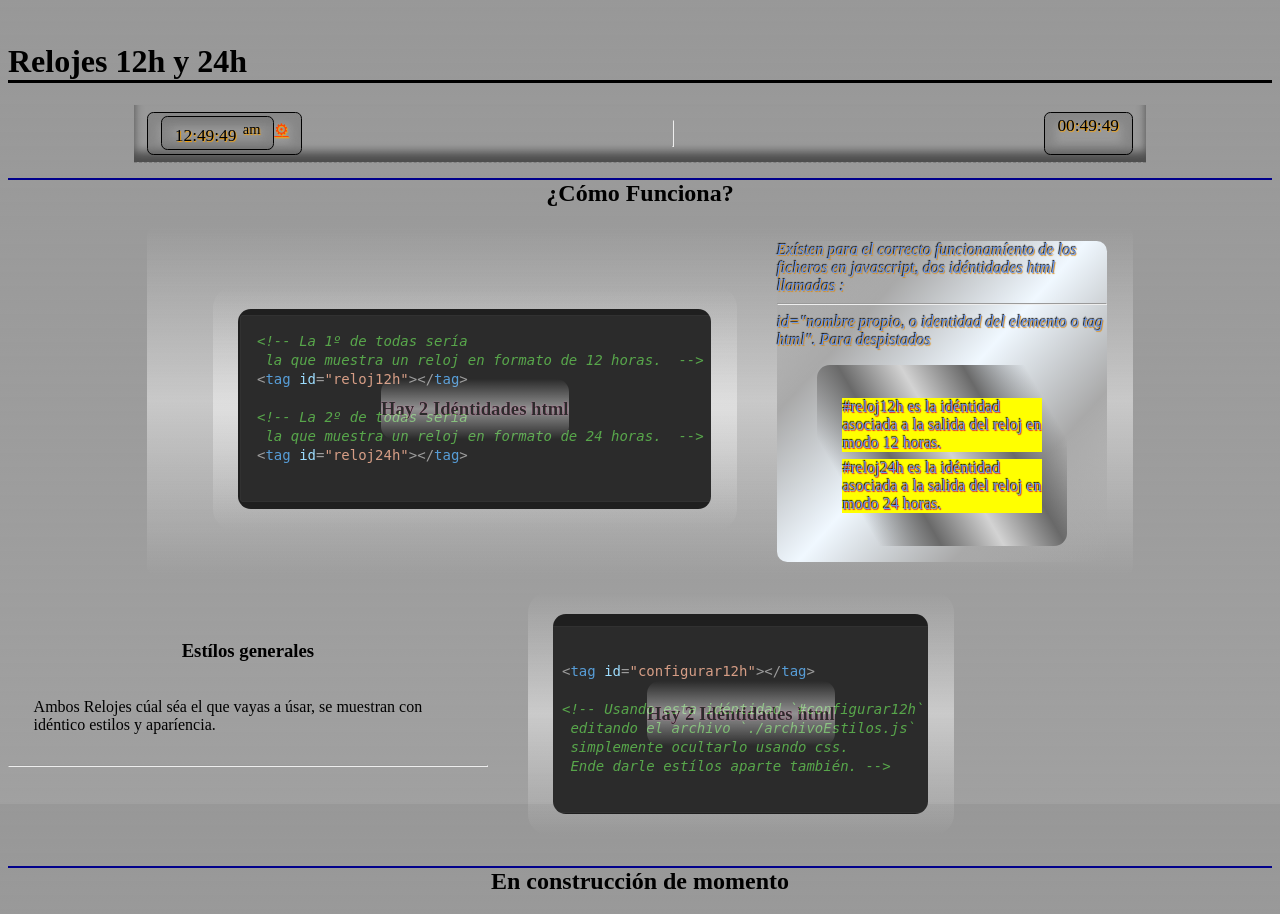
Repository: marcostonfor/clocks
Page: index.html
An editor plug-in stored every save of this project. The page is shown before and after the next save, followed by the edit.
The browser window is 1280 px wide. The pictures show the whole page.

Above is the page before, as saved 2024-09-19 01:04:17.

After the next save:
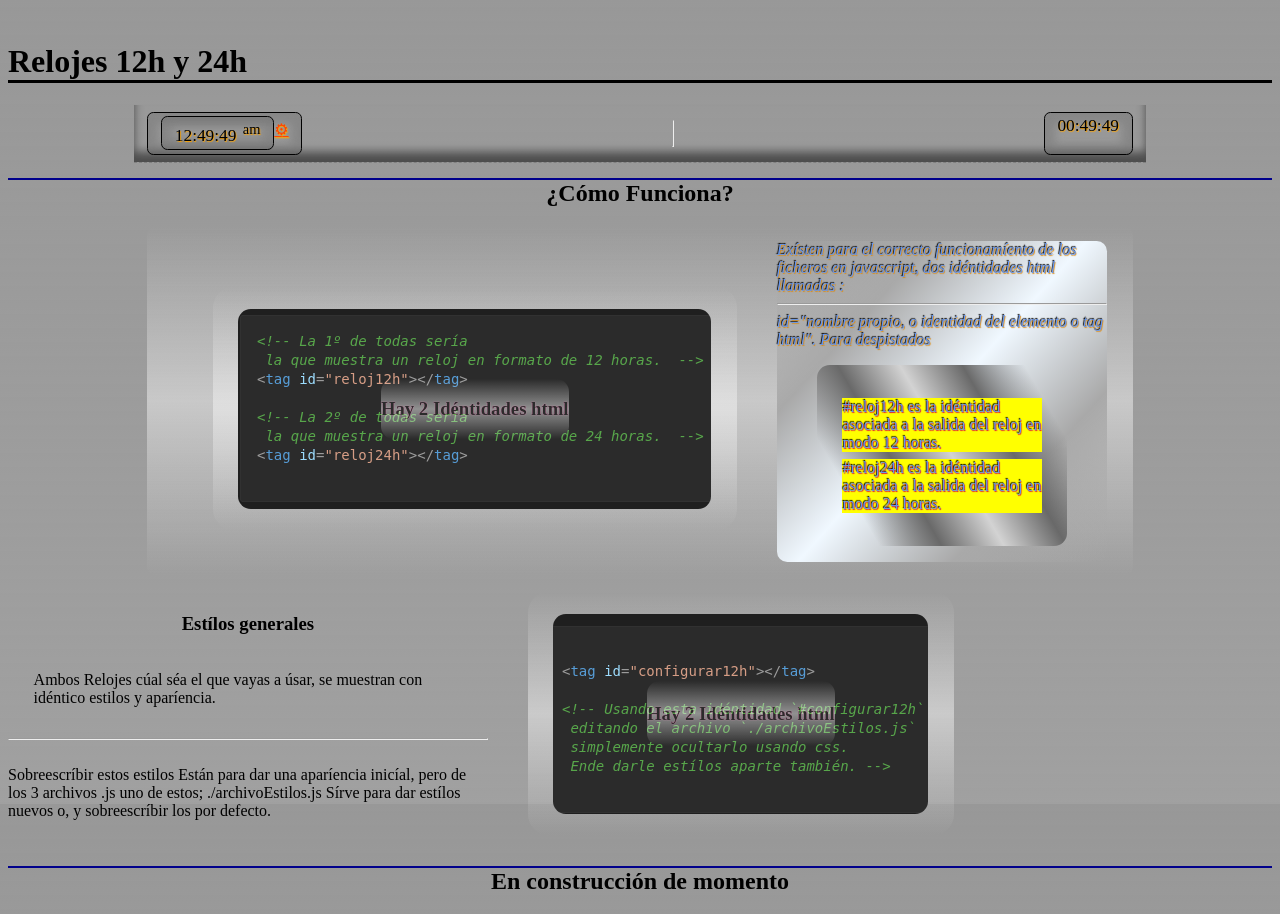
Saved 9 s later.
--- a/index.html
+++ b/index.html
@@ -166,7 +166,10 @@
             <article>
                 <h3>Estílos generales</h3>
                 <p id="textoGeneral">
-                    Ambos Relojes cúal séa el que vayas a úsar, se muestran con idéntico estilos y aparíencia. <br><hr><br>
+                    Ambos Relojes cúal séa el que vayas a úsar, se muestran con idéntico estilos y aparíencia. <br><hr><br>Sobreescríbir estos estilos
+                    Están para dar una aparíencia inicíal, pero de los 3 archivos .js uno de estos;
+
+                    ./archivoEstilos.js Sírve para dar estílos nuevos o, y sobreescríbir los por defecto.
                 </p>
             </article>
             <article class="conFoto">
